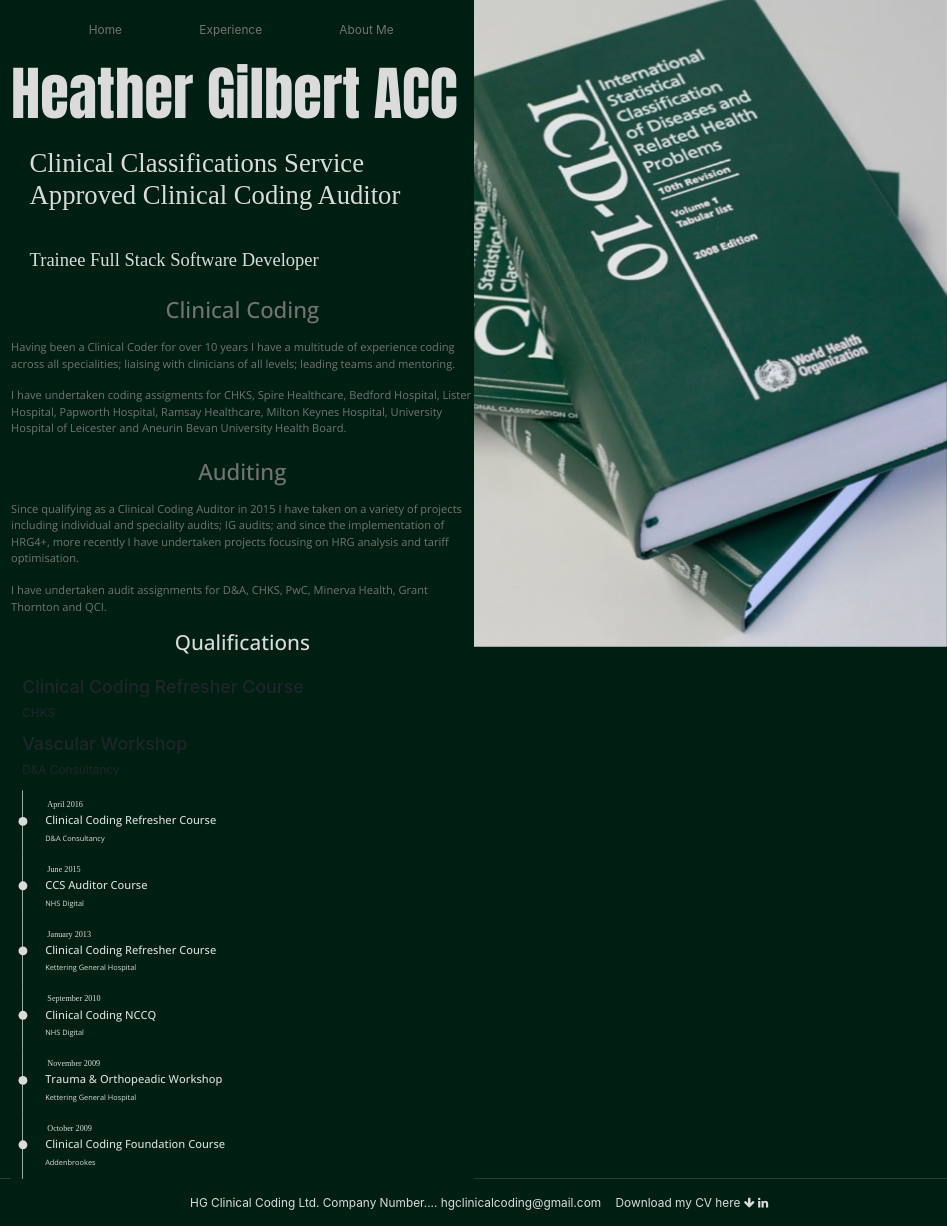
Repository: Code-Institute-Submissions/fsd-ms-project1-resume
Page: resume.html
The author's editor kept a record of every edit. The page is drawn from the files as they stood at one moment, then again after the next edit.
The browser window is 1280 px wide. The pictures show the whole page, at 74% of full size.
Some web fonts or font styles are not loaded; a fallback is used.

Above is the page before.

### resume.html
<!DOCTYPE html>
<html lang="en">

<head>
    <meta charset="UTF-8">
    <meta name="viewport" content="width=device-width, initial-scale=1.0">
    <meta http-equiv="X-UA-Compatible" content="ie=edge">
    <link rel="stylesheet" href="https://stackpath.bootstrapcdn.com/bootstrap/4.3.1/css/bootstrap.min.css" type="text/css" />
    <link rel="stylesheet" href="https://stackpath.bootstrapcdn.com/font-awesome/4.7.0/css/font-awesome.min.css" type="text/css" />
    <link rel="stylesheet" href="https://cdnjs.cloudflare.com/ajax/libs/hover.css/2.3.1/css/hover-min.css" type="text/css" />
    <link rel="stylesheet" href="assets/css/style.css" />
    <title>Heather Gilbert ACC</title>
</head>

<body>
    <img src="assets/images/icd.jpg" class="image col-md-6 bg-color no gutters" align="right"></img>
    <header>
        <nav class="col-md-6 no-gutters bg-color navbar">
            <a href="index.html" class="navbar-text">Home</a>
            <a href="resume.html" class="navbar-text">Experience</a>
            <a href="about.html" class="navbar-text">About Me</a>

        </nav>

    </header>
    <div class="col-md-6 main-name ">
        <div class="row bg-color no-gutters ">
            <div class="col heading ">
                <h1 class="name ">Heather Gilbert ACC</h1>
                <h3 class="title ">Clinical Classifications Service Approved Clinical Coding Auditor</h3>
                <h5 class="title2 ">Trainee Full Stack Software Developer</h5>
            </div>
        </div>
    </div>


    <section class="container-fluid">
        <div class="col-md-6 bg-color">
            <div class="row">
                <div>
                    <h4 class="coding-title">Clinical Coding</h4>
                    <p class="coding">
                        Having been a Clinical Coder for over 10 years I have a multitude of experience coding across all specialities; liaising with clinicians of all levels; leading teams and mentoring. </p>
                    <p class="coding">
                        I have undertaken coding assigments for CHKS, Spire Healthcare, Bedford Hospital, Lister Hospital, Papworth Hospital, Ramsay Healthcare, Milton Keynes Hospital, University Hospital of Leicester and Aneurin Bevan University Health Board.
                    </p>
                </div>
                <div>
                    <h4 class="audit-title">Auditing</h4>
                    <p class="audit">
                        Since qualifying as a Clinical Coding Auditor in 2015 I have taken on a variety of projects including individual and speciality audits; IG audits; and since the implementation of HRG4+, more recently I have undertaken projects focusing on HRG analysis
                        and tariff optimisation.</p>
                    <p class="audit">
                        I have undertaken audit assignments for D&A, CHKS, PwC, Minerva Health, Grant Thornton and QCI.
                    </p>
                </div>
            </div>
            <div class="row">
                <div class="col-md-12">
                    <div class="row">
                        <div class="col-12">
                            <h3 class="qualifications-heading">
                                Qualifications
                            </h3>
                        </div>
                    </div>
                    <div class="history-items">
                        <div class="timeline-item" data-dates="May 2019">
                            <h4>Clinical Coding Refresher Course</h4>
                            <p>CHKS</p>
                        </div>
                        <div class="timeline-item" data-dates="September 2018">
                            <h4>Vascular Workshop </h4>
                            <p>D&A Consultancy</p>
                        </div>
                        <div class="timeline-data" data-dates="April 2016">
                            <h4>Clinical Coding Refresher Course</h4>
                            <p>D&A Consultancy</p>
                        </div>
                        <div class="timeline-data" data-dates="June 2015">
                            <h4>CCS Auditor Course</h4>
                            <p>NHS Digital</p>
                        </div>
                        <div class="timeline-data" data-dates="January 2013">
                            <h4>Clinical Coding Refresher Course</h4>
                            <p>Kettering General Hospital</p>
                        </div>
                        <div class="timeline-data" data-dates="September 2010">
                            <h4>Clinical Coding NCCQ</h4>
                            <p>NHS Digital</p>
                        </div>
                        <div class="timeline-data" data-dates="November 2009">
                            <h4>Trauma & Orthopeadic Workshop</h4>
                            <p>Kettering General Hospital</p>
                        </div>
                        <div class="timeline-data" data-dates="October 2009">
                            <h4>Clinical Coding Foundation Course</h4>
                            <p>Addenbrookes</p>
                        </div>
                    </div>
                </div>
            </div>
    </section>



    <footer class="container-fluid no gutters">
        <div id="footer-details" class="row">
            <div class="col-sm-12 inline-block">
                <span class="col-sm-6">HG Clinical Coding Ltd. Company Number.... hgclinicalcoding@gmail.com</span>
                <span col-sm-6>Download my CV here</span>
                <a href="assets/CV/CV_2018.pdf" target="_blank" class="cv-pdf">
                       <i class="fa fa-arrow-down" aria-hidden="true"></i>
                       <span class="sr-only">Download link.</span>
                   </a>
                <span class="list-inline-item">
                    <a target="_blank" href="#">
                           <i class="fa fa-linkedin" aria-hidden="true"></i>
                           <span class="sr-only">LinkedIn</span>
                </a>
                </span>
                </ul>
            </div>
        </div>

    </footer>

</body>

</html>

### assets/css/style.css
@import url('https://fonts.googleapis.com/css?family=Anton:100,200,300,400,500,600,700|Enriqueta:100,200,300,400,500,600,700|Open+Sans:100,200,300,400,500,600,700|Roboto:100,200,300,400,500,600,700 &display=swap');


/*-----------------------------------------Colours*/

.bg-color {
    background-color:#001f13;
}



.image {
    padding:0;
    margin-bottom:60px;
    position:sticky;
    top:0;
}



/*-----------------------------------------Special paddings/margins/text*/


/*-----------------------------------------Header*/

.navbar {
    display:block;
    padding:20px;

}

.navbar-text {
    padding-left: 100px;
    color:#737373;
}



.name {
    font-family: 'Anton', sans-serif;
    font-size: 79px;
    margin:0;
    color:#dbdbdb;
    padding:0px;
}

.title {
    font-family: 'Enriqueta', serif;
    font-size: 36px;
    margin: 0px;
    color:#dbdbdb;
    padding:25px;
}

.title2 {
    font-family: 'Enriqueta', serif;
    font-size:25px;
    margin:0px;
    color:#dbdbdb;
    padding:25px;
}

/*-----------------------------------------Hover.css*/

a:hover {
    color:#dbdbdb;
    text-decoration: none;
}

/*-----------------------------------------Footer*/

footer {
    background-color: #001f13;
    color:#dbdbdb;
    min-height:50px;
    margin: 0;
    text-align:center;
}

.company-name {
    margin:0;
    padding:0;
}

.company-details {
    font-size:10px;
    margin:0;
    padding:0;
}

#footer-details {
    padding: 20px;
}

.fa {
    color:#dbdbdb;
}


/*-----------------------------------------Main Page Summary*/

.blurb {
    font-family: 'Open Sans', sans-serif;
    font-size:14px;
    color:#737373;
    margin:0px;
    padding:25px;
}

section {
    background-color: #001f13;
    margin: 0;
}

.main-name {
    background-color: #001f13;
    margin: 0;
}

.blurb-text {
    margin:15px;
    text-align: center;
    margin-left:25px;
}


/*-----------------------------------------Work / Education History*/

.work-section {
    text-align:center;
}


.bg-resume {
    margin:0;
    padding:0;
}

.coding-title, .audit-title {
    font-family: 'Open Sans', sans-serif;
    color:#737373;
    margin-bottom: 10px;
    margin-top: 10px;
    padding-bottom:10px;
    font-size: 30px;
    font-weight: 500;
    text-align: center;

}



.coding {
    font-family: 'Open Sans', sans-serif;
    color:#737373;
    margin-bottom: 10px;
    padding-bottom:10px;
    font-size: 15px;
}


.audit {
    font-family: 'Open Sans', sans-serif;
    color:#737373;
    margin-bottom: 10px;
    margin-top:10px;
    padding-bottom:10px;
    font-size:15px;
}

.qualifications-heading {
    color: #dbdbdb;
    margin-bottom: 30px;
    text-align: center;
    font-family: 'Open Sans', sans-serif;
    font-weight: 500;
}



/*dates of timeline*/

.timeline-data:before {
    content: attr(data-dates);
    position: absolute;
    left: 3em;
    top: 1em;
    display: block;
    font-family:'Enriqueta', serif;
    font-size: 11px;
}


/*dots on timeline*/

.timeline-data:after {
    width: 12px;
    height: 12px;
    display: block;
    top: 2.4em;
    position: absolute;
    left: -6px;
    border-radius: 12px;
    content: "";
    background: #dbdbdb;
}

/*timeline writing*/

.timeline-data {
    padding: 1.5em 2em 1em 2em;
    position: relative;
    color: #dbdbdb;
    border-left: 1.5px solid;
    font-size:15px;
}

.timeline-data p {
    padding: 0;
    margin: 0;
    font-family: 'Open Sans', sans-serif;
    font-size: 10px;
}

.timeline-data h4 {
    font-family: 'Open Sans', sans-serif;
    font-size:15px;
    margin-top:7px;
    padding-top: 2px;
}


/*-----------------------------------------About Me*/

.about-title {
    color: #737373;
    margin:0;
    padding:10px;
    font-size:20px;
    font-weight:500;
}

.about-item {
    color: #737373;
    margin:0;
    padding:5px;
    font-size:15px;
}




/*-----------------------------------------Contact Form*/


.form {
    display:inline;
    padding:0;
}

.form-control {
    display:block;
    padding-left:10px;
}


button[type="submit"] {
    margin-top: 15px;
    margin-bottom: 20px;
    background-color: #b3cccc;
    align:center;
}

.form-thanks {
    color: #737373;
    text-align: center;
}


/*-----------------------------------------Media Queries*/

@media(min-width: 992px) {
    .form {
        padding-top: 30px;
        min-height:240px;
        margin: 0 auto;
        max-width: 50%;
    }

After the next edit:
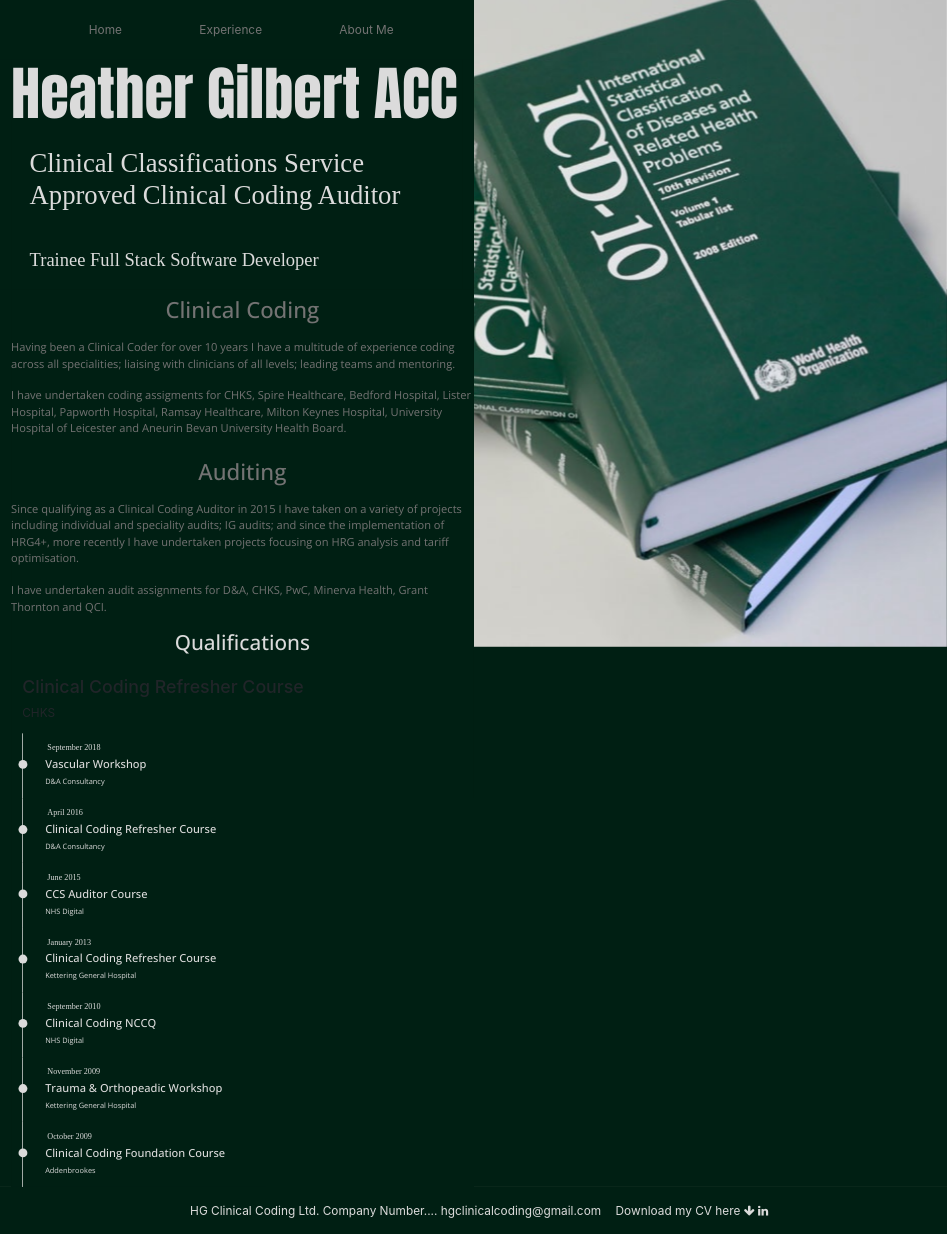
The edit:
--- a/resume.html
+++ b/resume.html
@@ -69,7 +69,7 @@
                             <h4>Clinical Coding Refresher Course</h4>
                             <p>CHKS</p>
                         </div>
-                        <div class="timeline-item" data-dates="September 2018">
+                        <div class="timeline-data" data-dates="September 2018">
                             <h4>Vascular Workshop </h4>
                             <p>D&A Consultancy</p>
                         </div>
